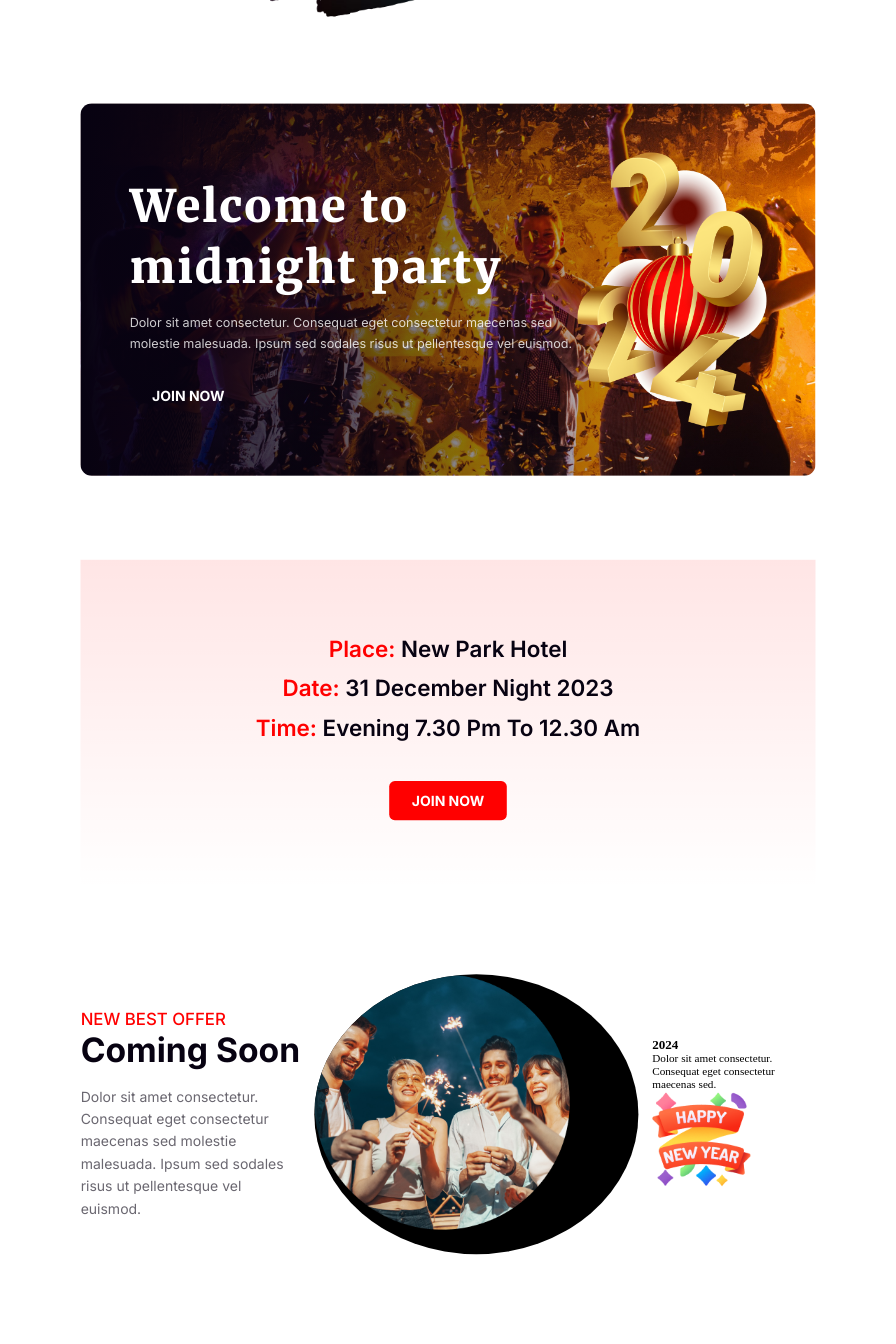
Repository: rahmatahmedrifat/First-Assignment
Page: index.html
The author's editor kept a copy of each file at every save. The page is drawn from the files as they stood at one save, then again after a run of saves.
The browser window is 1280 px wide. The pictures show the part of the page from y = 1514 to 3434 px (the page is 3434 px tall), at 70% of full size.

Above is the page before, as saved 2024-01-08 16:26:00.

### index.html
<!DOCTYPE html>
<html lang="en">
<head>
    <meta charset="UTF-8">
    <meta name="viewport" content="width=device-width, initial-scale=1.0">
    <!-- Title  -->
    <title>New Year 2024</title>
    <!-- favicon icon linked -->
    <link rel="shortcut icon" href="images/New Year Photo.png" type="image/x-icon">
    <!-- style css linked-->
    <link rel="stylesheet" href="Style/style.css">
</head>
<body>
    <!-- header part  -->
    <header>
        <!-- banner section part -->
        <section id="banner">
            <div class="container">
                <div class="banner-container">
                    <div class="banner-content">
                        <h3 class="celebration">Happy New Year</h3>
                        <h2 class="banner-title">New Year Party Celebration</h2>
                    </div>
                </div>
            </div>
        </section>
    </header>
    <!-- main part -->
    <main>
        <!-- categories section part  -->
            <section id="categories">
                <div class="container">
                    <div class="categories-container">
                        <h2 class="categories-discount">65% OFF</h2>
                        <p class="primary-summery">OUR HOLIDAY DEALS ARE BETTER</p>
                        <h3 class="categories-title">ALL CATEGORIES</h3>
                        <div class="categories-img">
                            <img id="new-year-img" src="images/New Year Photo.png" alt="Happy New Year">
                        </div>
                    </div>
                </div>
            </section>

            <!-- party-banner section part -->
            <section id="party-banner">
                <div class="container">
                    <div class="party-container">
                        <div class="party-content">
                            <h2 class="party-title">Welcome to midnight party</h2>
                            <p class="party-description">Dolor sit amet consectetur. Consequat eget consectetur maecenas sed molestie malesuada. Ipsum sed sodales risus ut pellentesque vel euismod. </p>
                            <button id="join-now-btn">JOIN NOW</button>
                        </div>
                        <img class="party-img" src="images/icon/Group 70.png" alt="party-img">
                    </div>
                </div>
            </section>
            <!-- Announce section part -->
            <section id="announce">
                <div class="container">
                    <div class="announce-content">
                        <h4 class="announce-title"><span class="title-color">Place:</span> New Park Hotel</h4>
                        <h4 class="announce-title"><span class="title-color">Date:</span> 31 December Night 2023</h4>
                        <h4 class="announce-title"><span class="title-color">Time:</span> Evening 7.30 pm to 12.30 am</h4>
                        <button class="announce-btn">Join Now</button>
                    </div>
                </div>
            </section>
            <!-- best offer section part -->
            <section id="best-offer">
                <div class="container">
                    <div class="best-offer-container">
                        <div class="best-offer-content">
                            <p class="primary-summery">NEW BEST OFFER</p>
                            <h3 class="best-offer-title">Coming Soon</h3>
                            <p class="best-offer-description">Dolor sit amet consectetur. Consequat eget consectetur maecenas sed molestie malesuada. Ipsum sed sodales risus ut pellentesque vel euismod. </p>
                        </div>
                        <div class="best-offer-img-content">

                                <img class="best-offer-img" src="images/Ellipse 1.png" alt="best-offer-images">

                        </div>
                        <div class="best-offer-year-content">
                            <h3 class="best-offer-year">2024</h3>
                            <p class="best-offer-escription">Dolor sit amet consectetur. Consequat eget consectetur maecenas sed.</p>
                            <img class="best-offer-year-img" src="images/icon/Group 96.png" alt="best-offer-year-img">
                        </div>
                    </div>
                </div>
            </section>
    </main>
    <!--  footer part -->
    <footer></footer>
</body>
</html>

### Style/style.css
/* import google fonts */
@import url('https://fonts.googleapis.com/css2?family=Inter:wght@100;200;300;400;500;600;700;800;900&family=Merriweather:ital,wght@0,300;0,400;0,700;0,900;1,300;1,400;1,700;1,900&display=swap');

*{
    margin: 0;
    padding: 0;
    outline: 0;
}

.container{
    width: 82%;
    margin: 0 auto;
}
/* primary content */
.primary-summery{
    font-family: Inter;
    font-size: 24px;
    font-style: normal;
    font-weight: 500;
    color: #F00;
    line-height: normal;
}
/* banner section related css style */
#banner{
    margin-top: 30px;
}
.banner-container{
    background-image: linear-gradient(180deg, #070211 0%, rgba(7, 2, 17, 0.00) 100%), url(../images/Banner\ Image.png);
    background-size: cover;
    background-repeat: no-repeat;
    background-position: center;
    border-radius: 16px;
    padding: 177px 0px;
}
.banner-container .banner-content{
    width: 632px;
    margin: 0 auto;
}
.banner-container .banner-content .celebration{
    color: #FFF;
    text-align: center;
    font-family: Merriweather;
    font-size: 32px;
    font-style: normal;
    font-weight: 400;
    line-height: normal;
    margin-bottom: 16px;
    z-index: 99;
}
.banner-container .banner-content .banner-title{
    color: #FFF;
    text-align: center;
    font-family: Merriweather;
    font-size: 72px;
    font-style: normal;
    font-weight: 900;
    line-height: 95px;
}
/* categories section related css style */

#categories{
    margin: 120px 0px;
}
.categories-container{
    text-align: center;
}
.categories-container .categories-discount{
    font-family: Inter;
    font-size: 88px;
    font-style: normal;
    font-weight: 700;
    color: #F00;
    line-height: normal;
    margin-bottom: 48px;
}

.categories-title{
    font-family: Inter;
    font-size: 48px;
    font-style: normal;
    font-weight: 700;
    color: #070211;
    line-height: normal;
    margin-bottom: 48px;
}
.categories-container .categories-img{
    width: 800px;
    margin: 0 auto;
}
.categories-img #new-year-img{
    max-width: 100%;
}

/* party-banner section css style  */
#party-banner{

}
.party-container{
    background-image: linear-gradient(90deg, #070211 0%, rgba(7, 2, 17, 0.00) 100%), url(../images/Vectorrr.png);
    background-position: center;
    background-repeat: no-repeat;
    background-size: cover;
    display: flex;
    align-items: center;
    justify-content: space-between;
    border-radius: 16px;
    padding: 70px 70px;
}
.party-container .party-content{
    width: 900px;
}
.party-content .party-title{
    font-family: Merriweather;
    font-size: 64px;
    font-style: normal;
    font-weight: 900;
    color: #FFF;
    line-height: 88px;
    letter-spacing: 3px;
}
.party-content .party-description{
    font-family: Inter;
    font-size: 18px;
    font-style: normal;
    font-weight: 400;
    color: rgba(255, 255, 255, 0.80);
    line-height: 30px;
    margin-top: 20px;
}
#join-now-btn{
    font-family: Inter;
    font-size: 20px;
    font-style: normal;
    font-weight: 700;
    color: #FFF;
    background: transparent;
    line-height: normal;
    text-transform: uppercase;
    border: none;
    cursor: pointer;
    margin-top: 48px;
    margin-left: 32px;
}
.party-container .party-img{
    width: 270px;
    max-width: 100%;
}

/* Announce section css style */

#announce{
    margin: 120px 0px;
}
.announce-content{
    background: linear-gradient(180deg, rgba(255, 0, 0, 0.10) 0%, rgba(255, 0, 0, 0.00) 100%);
    padding: 100px 0;
    text-align: center;
}
.announce-content .announce-title{
    color: #070211;
    font-family: Inter;
    font-size: 32px;
    font-style: normal;
    font-weight: 600;
    line-height: 56px;
    text-transform: capitalize;
}
.announce-content .announce-title .title-color{
    color: #F00;
}
.announce-btn{
    font-family: Inter;
    font-size: 20px;
    font-style: normal;
    font-weight: 700;
    line-height: normal;
    color: #FFF;
    text-align: center;
    text-transform: uppercase;
    border-radius: 8px;
    background: #F00;
    padding: 16px 32px;
    border: none;
    cursor: pointer;
    transition: all ease 0.5s;
    margin-top: 48px;
}
.announce-btn:hover{
    background: #fff;
    color: #f00;
    outline: 1px solid #F00;
}
/* best-offer section style css */
#best-offer{
    margin-bottom: 128px;
}
.best-offer-title{
    font-family: Inter;
    font-size: 48px;
    font-style: normal;
    font-weight: 700;
    color: #070211;
    line-height: normal;
}
.best-offer-description{
    font-family: Inter;
    font-size: 20px;
    font-style: normal;
    font-weight: 400;
    color: rgba(7, 2, 17, 0.60);
    line-height: 32px;
    margin-top: 22px;
}
.best-offer-container{
    display: flex;
    align-items: center;
    gap: 20px;
}
.best-offer-content{
    width: 600px;
}
.best-offer-img-content{
    min-height: 400px;
    min-width: 463px;
    background-color: #000;
    border-radius: 50%;
    position: relative;
    overflow: hidden;
}
.best-offer-img-content .best-offer-img{

}
.best-offer-year{
    width: ;
}

After the next 2 saves:
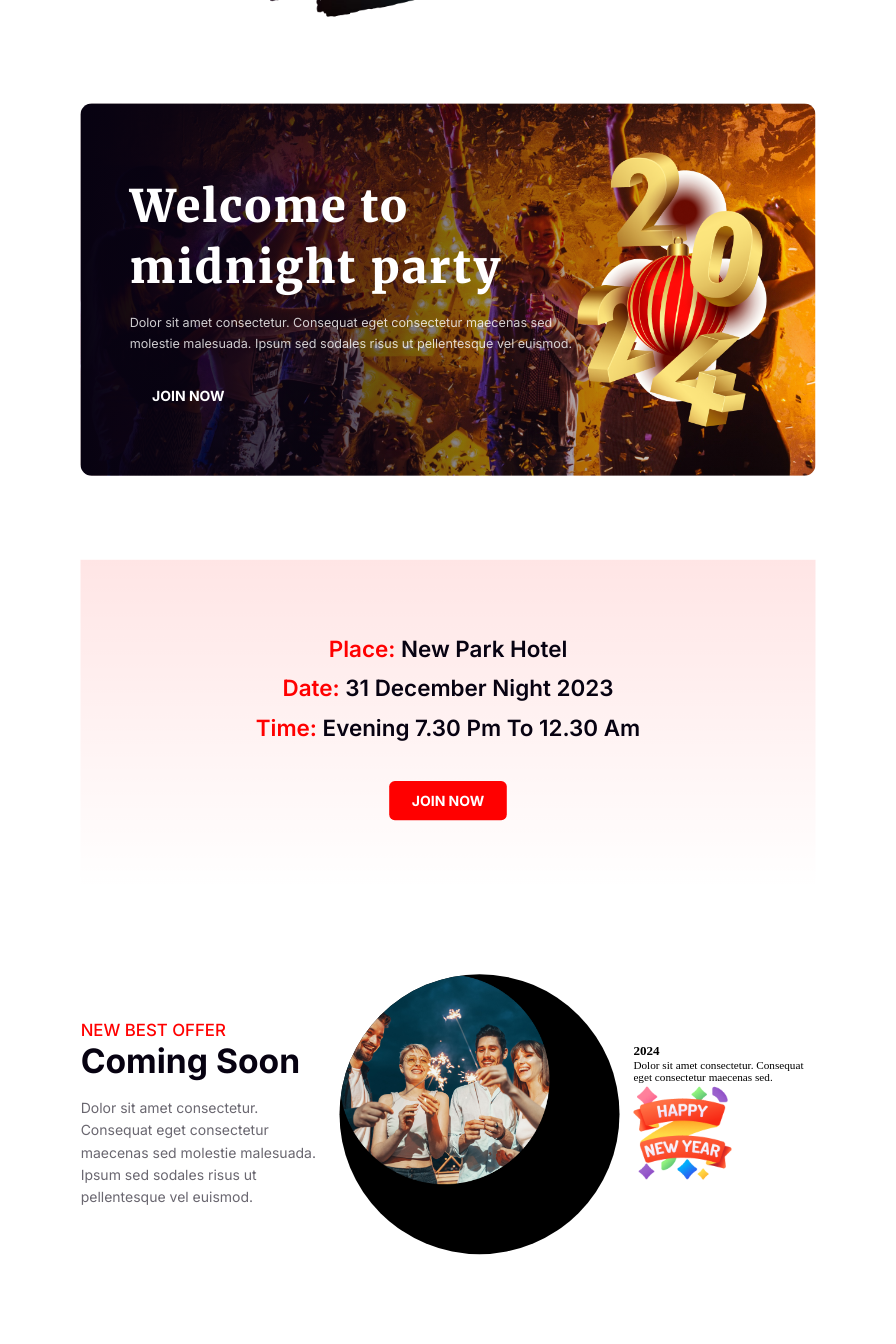
The 2 saves are shown as one change because they came seconds apart.
The last was saved 22 s later.
--- a/Style/style.css
+++ b/Style/style.css
@@ -221,14 +221,14 @@
 }
 .best-offer-img-content{
     min-height: 400px;
-    min-width: 463px;
+    min-width: 400px;
     background-color: #000;
     border-radius: 50%;
     position: relative;
     overflow: hidden;
 }
 .best-offer-img-content .best-offer-img{
-
+    width: 300px;
 }
 .best-offer-year{
     width: ;
